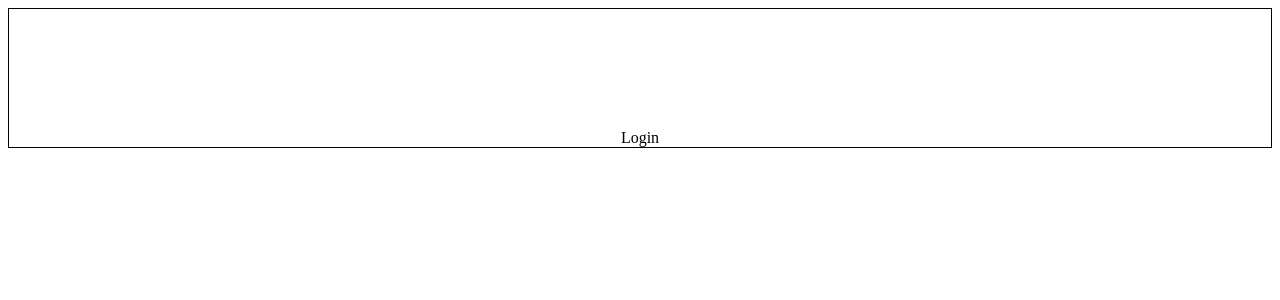
Repository: smandkd/Multicampus_Frontend
Page: http://localhost/Project_1/test_login.jsp
The author's editor kept a copy of each file at every save. The page is drawn from the files as they stood at one save, then again after the next save.
The browser window is 1280 px wide. The pictures show the whole page.
The page is served by Tomcat 9. Other server files are loaded and not shown.

Above is the page before, as saved 2022-01-30 01:53:02.

### Project_1/WebContent/test_login.jsp
<%@ page contentType="text/html; charset=utf-8"
    pageEncoding="EUC-KR"%>
<!DOCTYPE html>
<html>
<head>
<meta name="viewport" content="width=device-width, initial-scale=1.0">
<style type="text/css">
.a {
	text-align:center;
	padding-top:120px;
	border:1px solid;
}
</style>
</head>
<body>
<div style="">

</div>
<div class="a">
	Login
</div>
</body>
</html>

After the next save:
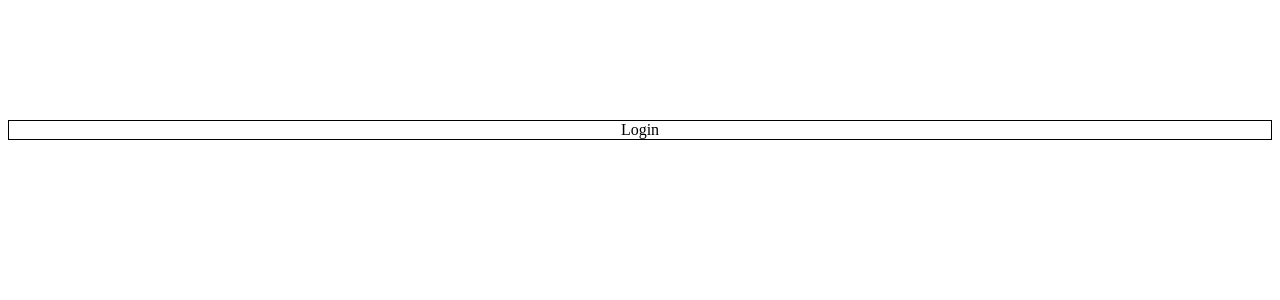
Saved 18 s later.
--- a/Project_1/WebContent/test_login.jsp
+++ b/Project_1/WebContent/test_login.jsp
@@ -7,7 +7,7 @@
 <style type="text/css">
 .a {
 	text-align:center;
-	padding-top:120px;
+	margin-top:120px;
 	border:1px solid;
 }
 </style>
